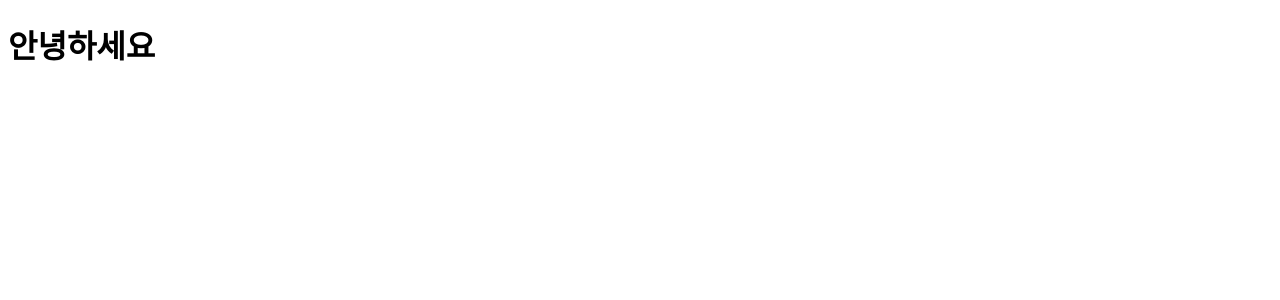
Repository: witchbroom/Biz_Spring_2022_505
Page: http://localhost/SpMVC_003_SchoolV4/
An editor plug-in stored every save of this project. The page is shown before and after the next save, followed by the edit.
The browser window is 1280 px wide. The pictures show the whole page.
The page is served by Tomcat 9.

Above is the page before, as saved 2022-05-03 05:00:34.

After the next save:
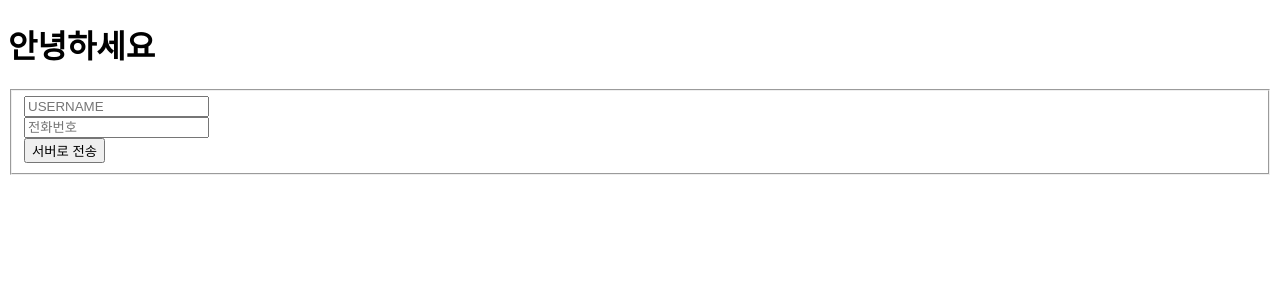
Saved 2 min 40 s later.
--- a/SpMVC_003_SchoolV4/src/main/webapp/WEB-INF/views/home.jsp
+++ b/SpMVC_003_SchoolV4/src/main/webapp/WEB-INF/views/home.jsp
@@ -10,5 +10,13 @@
 </head>
 <body>
 	<h1>안녕하세요</h1>
+	<form method="POST">
+	<fieldset>
+		<div><input name="username" placeholder="USERNAME"></div>
+		<div><input name="tel" placeholder="전화번호"></div>
+		<button>서버로 전송</button>
+	</fieldset>
+
+	</form>
 </body>
 </html>
